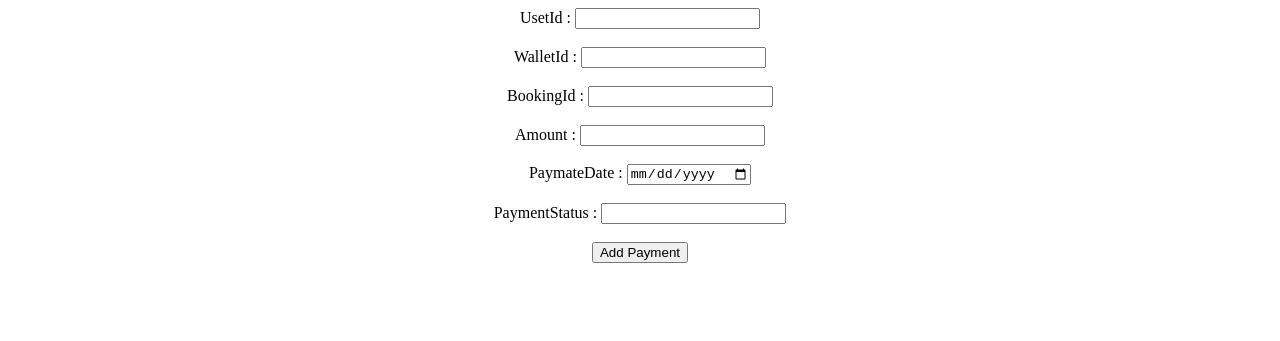
Repository: gummabhargavi/DynWebEjBPoject-AND-server
Page: DynWebEjbBusProject/WebContent/AddPayment.html
These files come from the project's save history. The page is drawn as it stood at one moment and after the next save; the edit follows.
The browser window is 1280 px wide. The pictures show the whole page.

Above is the page before, as saved 2022-11-30 18:42:37.

### DynWebEjbBusProject/WebContent/AddPayment.html
<!DOCTYPE html>
<html>
<head>
<meta charset="ISO-8859-1">
<title>Insert title here</title>
</head>
<body>

  <form method="get" action="AddPaymentServlet">
		<center>
			UsetId :
			<input type="text" name="user_id" /> <Br/><br/>
			WalletId :
			<input type="text" name="wallet_id" /> <Br/><Br/>
			BookingId :
			<input type="text" name="booking_id" /> <Br/><br/>
			Amount :
			<input type="number" name="amount" /> <Br/><br/>
			PaymateDate :
			<input type="date" name="paymate_date" /> <Br/><br/>
			PaymentStatus :
			<input type="text" name="payment_status" /> <Br/><br/>
			<input type="submit" value="Add Payment" />
		</center>
	</form>

</body>
</html>

After the next save:
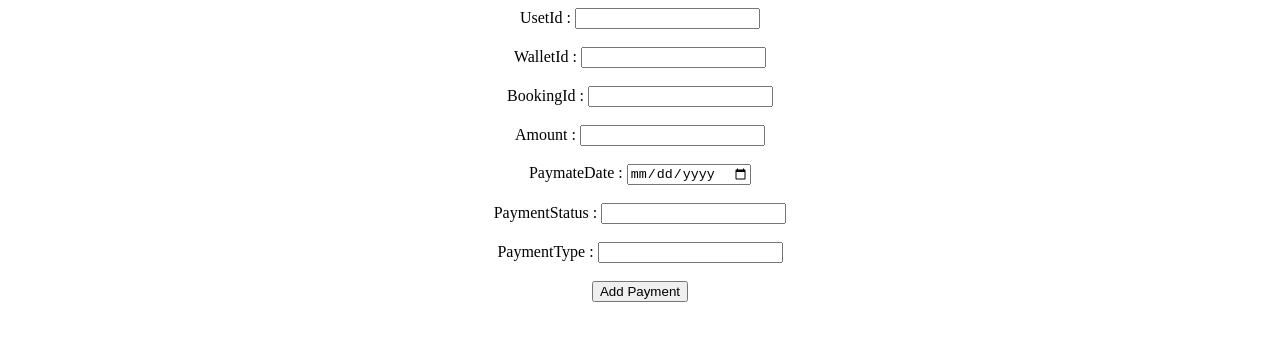
Saved 47 s later.
--- a/DynWebEjbBusProject/WebContent/AddPayment.html
+++ b/DynWebEjbBusProject/WebContent/AddPayment.html
@@ -20,6 +20,8 @@
 			<input type="date" name="paymate_date" /> <Br/><br/>
 			PaymentStatus :
 			<input type="text" name="payment_status" /> <Br/><br/>
+			PaymentType :
+			<input type="text" name="paytype" /> <Br/><br/>
 			<input type="submit" value="Add Payment" />
 		</center>
 	</form>
